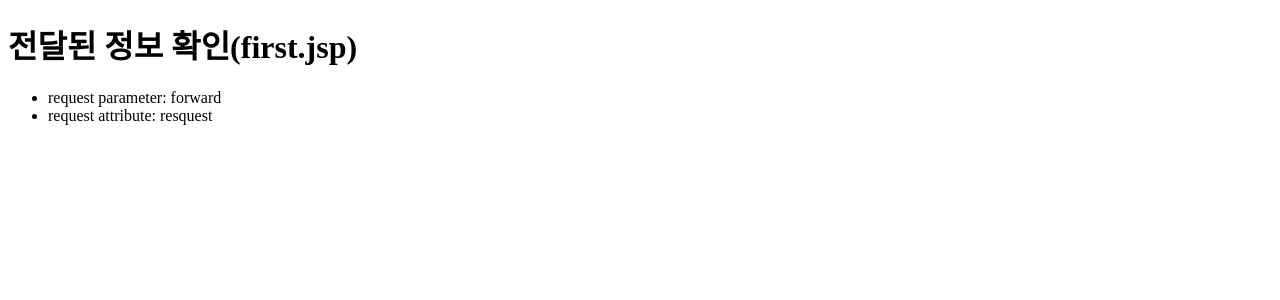
Repository: bgmun01/woorifisa_java
Page: http://localhost/web_day3/FirstServlet?type=forward
These files come from the project's save history. The page is drawn as it stood at one moment and after the next save; the edit follows.
The browser window is 1280 px wide. The pictures show the whole page.
The page is served by Tomcat 9.

Above is the page before, as saved 2023-06-19 00:48:08.

After the next save:
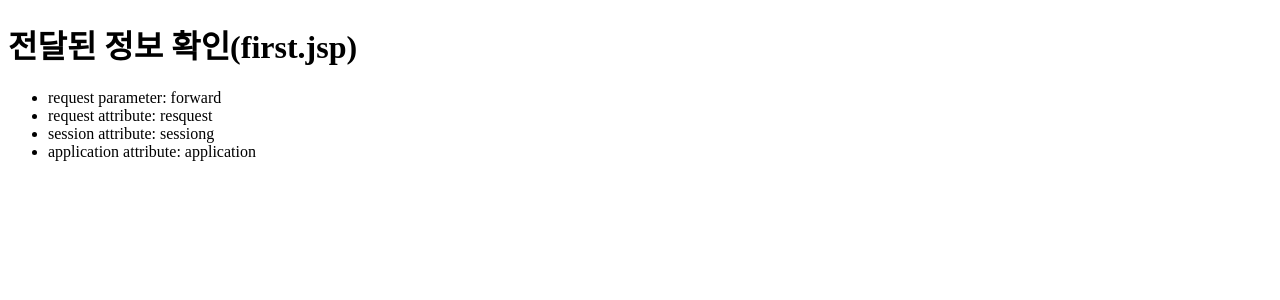
Saved 104 s later.
--- a/web_day3/src/main/webapp/session/first.jsp
+++ b/web_day3/src/main/webapp/session/first.jsp
@@ -11,6 +11,8 @@
 	<ul>
 		<li>request parameter: <%= request.getParameter("type") %>
 		<li>request attribute: <%= request.getAttribute("reqAttr") %>
+		<li>session attribute: <%= session.getAttribute("sesAttr") %>
+		<li>application attribute: <%= application.getAttribute("appAttr") %>
 
 	</ul>
 </body>
